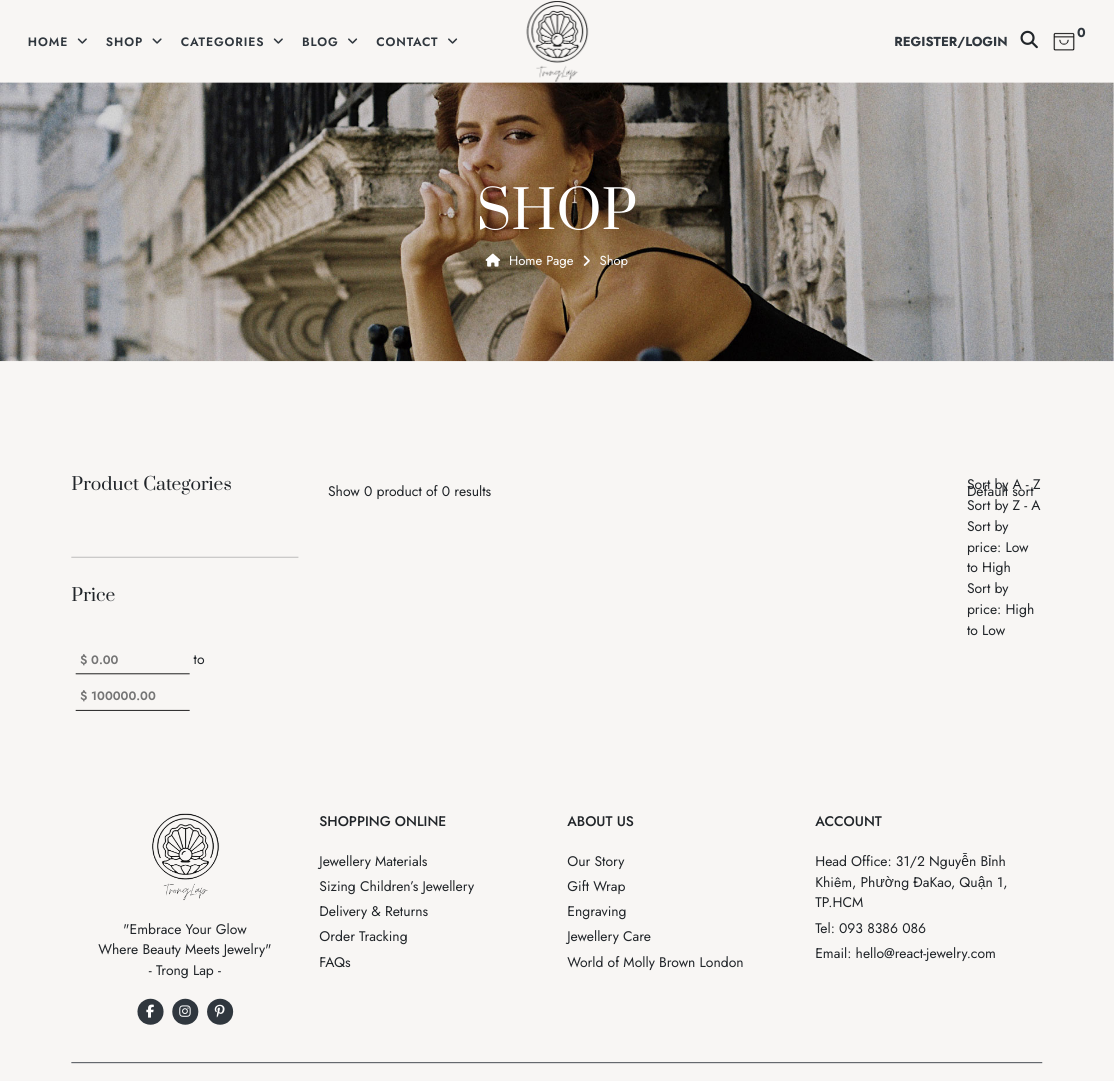
Repository: tronglap/react-jewelry
Page: /list-product
The author's editor kept a copy of each file at every save. The page is drawn from the files as they stood at one save, then again after a run of saves.
The browser window is 1280 px wide. The pictures show the whole page, at 87% of full size.
The page's requests for data from a server got no answer. The project was rebuilt for these pictures with package versions that can differ from the ones it lists, and the page was loaded fresh each time. No one was signed in, and anything a server would have sent is missing. Also part of the build but not shown: src/component/Button/Button.css, src/component/Button/Button.js, src/component/SliderBar/SliderBar.css, src/component/SliderBar/SliderBar.js, src/component/Home/WWD/WWD.css, src/component/Home/WWD/WWD.js, src/component/Home/Home.css, src/component/Home/Categories/Categories.js and 14 more.

Above is the page before, as saved 2024-03-26 18:41:01.

### src/App.css
@import url('https://fonts.googleapis.com/css2?family=Jost:ital,wght@0,100..900;1,100..900&family=Prata&display=swap');


* {
    margin: 0;
    padding: 0;
    box-sizing: border-box;
}

img {
    width: 100%;
}

a {
    text-decoration: none;
}

ul {
    list-style: none;
    margin: 0;
    padding: 0;
}

body {
    font-family: "Jost", sans-serif;
    --seconddaryfont: "Prata";
    --color-primary: #daa14c;
    --color-secondary: #30373e;
    --color-text: #666;
    --color-accent: #30373e;
    --color-lighter: #888;
    --color-dark: #202020;
    --color-highlight: #ccc;
    --color-border: #e3e3e3;
    --color-background-light: #f8f6f4;
    --color-background-field: #DADADA20;
    background-color: #f8f6f4;
}

### src/component/AutoTop/AutoTop.js
import { useEffect } from "react";
import { useNavigate } from "react-router-dom";

const AutoTop = () => {
  const navigate = useNavigate();
  useEffect(() => {
    window.scrollTo({
      top: 0,
      behavior: "smooth",
    });
  }, [navigate]);
  return null;
};

export default AutoTop;

### src/component/Footer/Footer.css
.footer {
    margin-top: 10%;
    text-align: left;
    height: 40vh;
    border-bottom: 0.1px solid var(--color-secondary);
    margin-bottom: 20px;
}

.footer .logo {
    margin: 0 auto;
    width: 30%;
}

.footer .slogan {
    text-align: center;
    margin: 20px 0;
}

.footer .social-links {
    display: flex;
    gap: 10px;
    margin-top: 10px;
    justify-content: center;
}

.footer .social-links a {
    display: flex;
    align-items: center;
    justify-content: center;
    color: white;
    background-color: var(--color-secondary);
    border-radius: 50%;
    width: 30px;
    height: 30px;
    font-size: 20px;
    text-align: center;
    transition: 0.3s ease;
}

.footer .social-links a:hover {
    background-color: var(--color-primary);
}

::selection {
    color: white;
    background-color: var(--color-primary);
}

.footer ul {
    margin-top: 25px;
}

.footer ul li {
    margin-bottom: 5px;
    cursor: pointer;
    transition: 0.2s linear;
}

.footer ul li:hover {
    color: var(--color-primary)
}

### src/component/ListProduct/ListProduct.css
.ListProduct .box_product {
    margin-top: 10%;
}

.ListProduct .box_product .Product_Categories {
    font-size: 20px;
    font-family: 'Prata', sans-serif;
    font-weight: 400;
    line-height: 1.35;
    text-transform: capitalize;
    margin-bottom: 30px;
    padding-bottom: 10px;
}

.ListProduct .box_product .Categories {
    border-bottom: 1px solid rgba(128, 128, 128, 0.5);
    padding-bottom: 30px;
}

.ListProduct .box_product .Categories .diamonds {
    display: flex;
    width: 35%;
    justify-content: space-between;
    font-size: 18px;
    font-weight: 400;
    font-style: normal;
    text-rendering: optimizeLegibility;
    color: var(--color-text);
    line-height: 1.5;
    letter-spacing: 0;
    cursor: pointer;
    transition: 0.2s ease;
}

.ListProduct .box_product .Categories .diamonds:hover {
    color: var(--color-primary)
}

.ListProduct .box_product .FBP .filterbyprice {
    font-size: 20px;
    font-family: 'Prata', sans-serif;
    font-weight: 400;
    line-height: 1.35;
    text-transform: capitalize;
    margin-bottom: 30px;
    margin-top: 30px;
    padding-bottom: 10px;
}

.ListProduct .box_product .FBP input {
    width: 50%;
    padding: 5px;
    font-size: 14px;
    margin: 5px;
    font-weight: 600;
    text-transform: none;
    border: none;
    border-bottom: 1px solid black;
    outline: none;
    background-color: transparent;
}

input[type=number]::-webkit-inner-spin-button {
    -webkit-appearance: none;
}

.ListProduct .box_product .Cart_list {
    margin-bottom: 20px;
}

.ListProduct .box_product .sorting {
    display: flex;
    justify-content: space-between;
    align-items: center;
}

.ListProduct .box_product .sorting .Count_AP {
    display: flex;
    margin-bottom: 20px;
    padding: 10px;
}

.ListProduct .box_product .sort {
    display: flex;
    margin-bottom: 20px;
    padding: 10px;
    position: relative;
}

.ListProduct .box_product .sort .sorts {
    top: 5%;
    position: absolute;
}

### src/component/Cart/Cart.css
.Cart .link_header {
    display: flex;
    justify-content: flex-start;
    align-items: center;
}

.Cart .link_header .Home,
.Cart .link_header .Shop {
    line-height: 24px;
    text-decoration: none;
    color: var(--color-text);
    font-weight: 400;
    font-size: 14px;
    transition: 0.2s ease;
}

.Cart .link_header .Shop {
    color: var(--color-primary)
}

.Cart .link_header .Home:hover,
.Cart .link_header .Home:hover i {
    color: var(--color-primary)
}

.Cart .link_header .Home i,
.Cart .link_header .icon i {
    margin-right: 10px;
    color: var(--color-text);
    transition: 0.2s ease;
    font-size: 13px;
}

.Cart .link_header .icon {
    display: flex;
    align-items: center;
    justify-content: center;
    margin: 0 10px;
}

.Cart .cart-product {
    display: none;
    margin-top: 10%;
    text-align: center;
}

.Cart .cart-product.active {
    display: block;
}

.Cart .noti.active {
    display: none;
}

.Cart .cart-product .title {
    color: var(--color-secondary);
    font-weight: 600;
    text-transform: uppercase;
}

.Cart .cart-product .quantity {
    display: flex;
    align-items: center;
    justify-content: space-between;
    border: 1px solid #e3e3e3;

}

.Cart .cart-product .quantity input {
    padding: 13px 0;
    font-size: 14px;
    font-weight: 600;
    text-align: center;
    margin: 0 auto;
    outline: none;
    background-color: transparent;
    border: none;
    width: 50%;
}

.Cart .cart-product .quantity button {
    padding: 5px 10px 5px 10px;
    border: none;
    background-color: transparent;
    transition: 0.5s linear;
    border-radius: 50%;
    outline: none;
}

.Cart .cart-product .quantity button:active {
    background-color: rgba(128, 128, 128, 0.5)
}

p {
    margin: 0;
}

.Cart .cart-product .bill {
    text-align: left;
    padding: 30px 30px 40px;
    position: relative;
    background-color: #F8F6F4;
    border: 6px solid #E3E3E3;
    border-radius: 5px;
    color: var(--color-secondary)
}

.Cart .cart-product .bill .cart-total h2 {
    font-size: 28px;
    font-family: 'Prata', sans-serif;
    margin-bottom: 15px;
    font-weight: 400;
}

.Cart .cart-product .bill .total-product,
.Cart .cart-product .bill .total {
    display: flex;
    justify-content: space-between;
    align-items: center;
    font-size: 18px;
    padding: 1em 0;
}

.Cart .cart-product .bill .total {
    margin: 10% 0
}

.Cart .cart-product .bill .total .price {
    font-size: 24px;
    color: var(--color-primary);
    font-weight: 600;
}

.Cart .cart-product .bill .proceed-to-checkout {
    outline: none;
    text-align: center;
}

.Cart .cart-product .bill .proceed-to-checkout .btn-proceed .shop-now {
    margin: 0;
    text-transform: uppercase;
    width: 100%;
    font-weight: 600;
    font-size: 13px;
}

.Cart .cart-product .bill .proceed-to-checkout .btn-proceed .shop-now:hover {
    box-shadow: inset 350px 0 0 0 var(--color-primary);
}

### src/component/Home/Categories/Categories.css
img {
    width: 100%;
}

.icon_cate {
    display: flex;
    gap: 20px;
    margin: 10% 0;
    justify-content: center;
    align-items: center;
}

.icon_cate .icon1,
.icon_cate .icon2,
.icon_cate .icon3 {
    text-align: center;
}

.icon_cate .icon1 .img_icon,
.icon_cate .icon2 .img_icon,
.icon_cate .icon3 .img_icon {
    display: flex;
    justify-content: center;
    margin-bottom: 15px;
}

.icon_cate .icon1 .img_icon .thumb,
.icon_cate .icon2 .img_icon .thumb,
.icon_cate .icon3 .img_icon .thumb {
    width: 25%;
    border-radius: 50%;
    padding: 20px;
    transition: 0.2s ease;
}

.icon_cate .icon1:hover .img_icon .thumb,
.icon_cate .icon2:hover .img_icon .thumb,
.icon_cate .icon3:hover .img_icon .thumb {
    background: var(--color-primary)
}

.icon_cate .icon1 .title,
.icon_cate .icon2 .title,
.icon_cate .icon3 .title {
    font-size: 24px;
    font-family: 'Prata', sans-serif;
    letter-spacing: .3px;
    color: var(--color-secondary);
    margin-bottom: 15px;
    transition: 0.2s ease;
}

.icon_cate .icon1:hover .title,
.icon_cate .icon2:hover .title,
.icon_cate .icon3:hover .title {
    color: var(--color-primary)
}

.icon_cate .icon1 .desc,
.icon_cate .icon2 .desc,
.icon_cate .icon3 .desc {
    width: 60%;
    margin: 0 auto;
}

.cate {
    overflow: hidden;
}

.cate .right .diamond {
    overflow: hidden;
}

.cate .right {
    display: flex;
    flex-wrap: wrap;
    gap: 5%;
}

.cate .necklaces,
.cate .right .diamond,
.cate .right .earrings,
.cate .right .rings {
    position: relative;
    transition: 0.5s ease;
}

.cate .necklaces::after,
.cate .right .diamond::after,
.cate .right .earrings::after,
.cate .right .rings::after {
    content: "";
    display: block;
    opacity: 0;
    width: 100%;
    height: 200px;
    background: linear-gradient(to top, rgba(0, 0, 0, 0.3), rgba(0, 0, 0, 0));
    bottom: -100px;
    position: absolute;
    transition: 0.5s ease;
    z-index: 0;
}

.cate .necklaces:hover::after,
.cate .right .diamond:hover::after,
.cate .right .earrings:hover::after,
.cate .right .rings:hover::after {
    opacity: 1;
    bottom: 0;
}

.cate .necklaces::before,
.cate .right .diamond::before,
.cate .right .earrings::before,
.cate .right .rings::before {
    content: "";
    opacity: 0;
    width: 100%;
    height: 50px;
    font-family: 'Prata', sans-serif;
    font-size: 35px;
    color: white;
    text-align: center;
    bottom: -50px;
    position: absolute;
    transition: 0.5s ease;
    z-index: 1;
}

.cate .necklaces:hover::before {
    content: "Necklaces";
    opacity: 1;
    bottom: 20px;
}

.cate .right .diamond:hover::before {
    content: "Diamond";
    opacity: 1;
    bottom: 20px;
}

.cate .right .earrings:hover::before {
    content: "Earrings";
    opacity: 1;
    bottom: 20px;
}

.cate .right .rings:hover::before {
    content: "Rings";
    opacity: 1;
    bottom: 20px;
}

### src/component/Header/Header.css
.nav {
    display: flex;
    justify-content: space-between;
    padding: 10px 50px;
    position: absolute;
    background-color: rgba(255, 255, 255, 0);
    color: var(--color-secondary);
    z-index: 1;
    width: 100%;
}

svg {
    margin-top: 0px;
}

path {
    fill: black;
    stroke: black;
    stroke-width: 2px;
    transition: 0.2s linear;
}



.nav .left,
.nav .mid,
.nav .right {
    display: flex;
    align-items: center;
    justify-content: center;
    width: 10%;
}

.nav .right .register a {
    color: var(--color-secondary);
    text-transform: uppercase;
    font-weight: bold;
    font-size: 15px;
    transition: 0.2s linear;
}

.nav .right .register a:hover {
    color: var(--color-primary)
}

.nav .right .cart {
    display: flex;
    justify-content: center;
    align-items: center;
    margin-left: 15px;
    cursor: pointer;
}


.nav .right .cart:hover svg path {
    fill: var(--color-primary);
    stroke: var(--color-primary);
    stroke-width: 2px;
}

.nav .right .cart:hover .count {
    color: var(--color-primary)
}

.nav .right .cart .count {
    font-weight: bold;
    font-size: 15px;
    margin-bottom: 20px;
    transition: 0.2s linear;
    color: var(--color-secondary)
}


.nav .left .bar {
    display: flex;
    justify-content: center;
    align-items: center;
    cursor: pointer;
    position: relative;
    color: transparent;
}

.nav .left .bar .line1 {
    display: block;
    width: 20px;
    height: 2px;
    background-color: var(--color-secondary);
    top: 5px;
    left: 0;
    position: absolute;
    border-radius: 5px;
    transition: 0.1s linear;
}

.nav .left .bar .line2 {
    display: block;
    width: 15px;
    height: 2.5px;
    background-color: var(--color-secondary);
    top: 10px;
    left: 0;
    position: absolute;
    transition: 0.1s linear;
    border-radius: 5px;
}

.nav .left .bar .line3 {
    display: block;
    width: 20px;
    height: 2.5px;
    background-color: var(--color-secondary);
    top: 15px;
    left: 0;
    position: absolute;
    border-radius: 5px;
    transition: 0.1s linear;
}

.nav .left .bar:hover .line1,
.nav .left .bar:hover .line2,
.nav .left .bar:hover .line3 {
    background-color: var(--color-primary)
}

.nav .left .bar:hover .line2 {
    width: 20px;
}

.nav .left .search {
    display: flex;
    justify-content: center;
    align-items: center;
    cursor: pointer;
    transition: 0.2s ease;
}

.nav .left .search:hover {
    color: var(--color-primary)
}

.nav .left .search p {
    text-transform: uppercase;
    font-size: 10px;
    font-weight: bold;
    margin: 0;
}

.nav .left .search i {
    margin-right: 5px;
    font-size: 20px;
}

.nav .mid .logo {
    width: 30%;
}

/*------------------------------------*/

/*  {
    display: none;
    top: 0;
    left: 0;
    width: 100%;
    background-color: rgba(0, 0, 0, 0.5);
    position: absolute;
}

.active {
    display: block;
} */

.NavBar {
    opacity: 0;
    pointer-events: none;
    top: 0;
    left: -200px;
    width: 30%;
    height: 100vh;
    padding: 20px;
    transition: 0.3s linear;
    background-color: white;
    position: absolute;

}

.NavBar.active {
    pointer-events: visible;
    opacity: 1;
    left: 0;
}

.NavBar .icon_close {
    margin-bottom: 5%;
    cursor: pointer;
    position: relative;
}


.NavBar .icon_close .icon .line1 {
    width: 20px;
    height: 2px;
    top: 10px;
    right: 0;
    border-radius: 5px;
    background-color: black;
    transition: 0.3s ease;
    transform: rotate(45deg);
    position: absolute;
}

.NavBar .icon_close .icon .line2 {
    width: 20px;
    height: 2px;
    top: 10px;
    right: 0;
    border-radius: 5px;
    background-color: black;
    transition: 0.3s ease;
    transform: rotate(-45deg);
    position: absolute;
}

.NavBar .icon_close .icon:hover .line1,
.NavBar .icon_close .icon:hover .line2 {
    transform: rotate(0);
    height: 3.5px;
    background-color: var(--color-primary)
}

.NavBar .icon_close .Menu {
    color: var(--color-secondary);
    text-transform: uppercase;
    text-align: left;
    font-size: 14px;
    font-weight: 500;
    line-height: 20px;
    position: relative;
}

.NavBar .icon_close .Menu::after {
    content: "";
    display: block;
    margin-top: 20%;
    width: 100%;
    height: 2px;
    background-color: var(--color-primary);
    position: absolute;
}

.NavBar .Home,
.NavBar .Shop,
.NavBar .Categories,
.NavBar .Blog,
.NavBar .Contact {
    display: flex;
    justify-content: space-between;
    align-items: center;
    font-weight: 400;
    font-size: 14px;
    color: var(--color-secondary);
    padding: 15px 0px;
    transition: 0.1s linear;
    cursor: pointer;
}

.NavBar .Home i,
.NavBar .Shop i,
.NavBar .Categories i,
.NavBar .Blog i,
.NavBar .Contact i {
    font-size: 15px;
    transition: 0.3s ease;
}

.NavBar .Home:hover,
.NavBar .Shop:hover,
.NavBar .Categories:hover,
.NavBar .Blog:hover,
.NavBar .Contact:hover {
    color: var(--color-primary)
}

.NavBar .Home.active i,
.NavBar .Shop.acive i,
.NavBar .Categories.active i,
.NavBar .Blog.active i,
.NavBar .Contact.active i {
    transform: rotate(90deg);
}

### src/component/Header/HeaderMain/Header.css
svg {
    margin-top: 0px;
}

path {
    fill: black;
    stroke: black;
    stroke-width: 2px;
    transition: 0.2s linear;
}

.HeaderMain {
    display: flex;
    justify-content: space-between;
    align-items: center;
    padding: 0 20px;
}

.HeaderMain .left {
    display: flex;
    gap: 20px;
    width: 40%;
}

.HeaderMain .left .Home,
.HeaderMain .left .Shop,
.HeaderMain .left .Categories,
.HeaderMain .left .Blog,
.HeaderMain .left .Contact {
    display: flex;
    justify-content: space-between;
    align-items: center;
    text-transform: uppercase;
    line-height: 1.2857142857;
    font-weight: 600;
    font-size: 14px;
    color: var(--color-secondary);
    letter-spacing: 1px;
    transition: 0.2s ease;
}

.HeaderMain .left .Home:hover,
.HeaderMain .left .Shop:hover,
.HeaderMain .left .Categories:hover,
.HeaderMain .left .Blog:hover,
.HeaderMain .left .Contact:hover {
    color: var(--color-primary);
}


.HeaderMain .left .Home i,
.HeaderMain .left .Shop i,
.HeaderMain .left .Categories i,
.HeaderMain .left .Blog i,
.HeaderMain .left .Contact i {
    margin-left: 10px;
}

.HeaderMain .mid {
    display: flex;
    justify-content: center;
    width: 20%;
}

.HeaderMain .mid .thumb {
    width: 30%;
}

.HeaderMain .right {
    display: flex;
    align-items: center;
    justify-content: right;
    width: 40%;
}

.HeaderMain .right .register a {
    color: var(--color-secondary);
    text-transform: uppercase;
    font-weight: bold;
    font-size: 15px;
    transition: 0.2s linear;
}

.HeaderMain .right .register a:hover {
    color: var(--color-primary)
}

.HeaderMain .right .search {
    transition: 0.2s ease;
}

.HeaderMain .right .search i {
    font-size: 20px;
    margin-left: 15px;
}

.HeaderMain .right .search:hover {
    color: var(--color-primary)
}

.HeaderMain .right .cart {
    display: flex;
    justify-content: center;
    align-items: center;
    margin-left: 15px;
    cursor: pointer;
}


.HeaderMain .right .cart:hover svg path {
    fill: var(--color-primary);
    stroke: var(--color-primary);
    stroke-width: 2px;
}

.HeaderMain .right .cart:hover .count {
    color: var(--color-primary)
}

.HeaderMain .right .cart .count {
    font-weight: bold;
    font-size: 15px;
    margin-bottom: 20px;
    transition: 0.2s linear;
    color: var(--color-secondary)
}

### src/component/ListProduct/Banner/Banner.css
.Banner {
    position: relative;
}

.Banner::after {
    content: "";
    display: block;
    width: 100%;
    height: 100%;
    background-color: rgba(0, 0, 0, 0.5);
}

.Banner .content {
    text-align: center;
    width: 100%;
    top: 50%;
    transform: translateY(-50%);
    position: absolute;
    z-index: 999;

}

.Banner .content .title {
    font-size: 60px;
    font-family: 'Prata', sans-serif;
    color: white;
}

.Banner .content .link_header {
    display: flex;
    justify-content: center;
    align-items: center;
}

.Banner .content .link_header .Home,
.Banner .content .link_header .Shop {
    text-decoration: none;
    color: white;
    font-weight: 400;
    font-size: 15px;
    transition: 0.2s ease;
}

.Banner .content .link_header .Home:hover,
.Banner .content .link_header .Home:hover i {
    color: var(--color-primary)
}

.Banner .content .link_header .Home i,
.Banner .content .link_header .icon {
    margin-right: 10px;
    color: white;
    transition: 0.2s ease
}

.Banner .content .link_header .icon {
    display: flex;
    align-items: center;
    justify-content: center;
    margin: 0 10px;
}

### src/component/CardProduct/CartProduct.css
img {
    width: 100%;
}

.Card_item {
    margin: 0 5px;
    text-align: center;
    position: relative;
    width: 100%;
    text-align: center;
    overflow: hidden;
}

.Card_item .thumb {
    display: block;
    position: relative;
    transition: 0.5s linear;
    overflow: hidden;
    width: 290px;
}

.Card_item .thumb:hover {
    border-radius: 49% 49% 0 0;
}

.Card_item .thumb img {
    transition: 0.5s ease;
    position: relative;
}

.Card_item .thumb img:first-child {
    opacity: 1;
    transition: 0.3s linear;

}

.Card_item .thumb:hover img:first-child {
    opacity: 0;
}

.Card_item .thumb img:last-child {
    opacity: 0;
    position: absolute;
    top: 0;
    left: 0;
    transition: 0.3s linear;
}

.Card_item .thumb:hover img:last-child {
    opacity: 1;
    display: block;
    transform: scale(1.2);
}

.Card_item .sale {
    display: none;
    width: 50px;
    height: 20px;
    color: white;
    padding: 2.5px 10px;
    font-weight: bold;
    font-size: 10px;
    top: 10px;
    left: 10px;
    background-color: var(--color-primary);
    position: absolute;
    transition: 0.2s linear;
    z-index: 999;
}

.Card_item .sale.active {
    display: block;
}

.Card_item:hover .sale.active {
    display: none;
}

.Card_item .info {
    margin-top: 10px;
}

.Card_item .info .cate {
    color: var(--color-primary);
    text-transform: uppercase;
    font-size: 12px;
    font-weight: 500;
    line-height: 1.35;
}

.Card_item .info .name {
    font-size: 20px;
    color: var(--color-secondary);
    text-transform: capitalize;
    transition: 0.2s ease;
}

.Card_item .info .name:hover {
    color: var(--color-primary)
}

.Card_item .info .material {
    color: var(--color-text);
    text-transform: capitalize;
    font-size: 14px
}

.Card_item .info .price .discount {
    font-weight: 700;
    color: var(--color-secondary)
}

.Card_item .info .price .cost {
    color: var(--color-secondary);
    font-weight: 500;
    text-decoration: line-through;
    font-size: 14px;
}

.Card_item .info .price .discount.active {
    display: none;
}

.Card_item .info .price .cost.active {
    font-weight: 700;
    color: var(--color-secondary);
    text-decoration: none;
    font-size: 16px;
}

### src/component/CardNews/CardNews.css
img {
    width: 100%;
}

.Card_news {
    width: 90%;
    margin: 0 auto;
    cursor: pointer;
}

.Card_news .thumb {
    margin-bottom: 3%;
    overflow: hidden;
}

.Card_news .thumb img {
    transition: 0.3s linear;
}

.Card_news .thumb:hover img {
    transform: scale(1.1);
}

.Card_news .infor {
    text-align: center;
}

.Card_news .infor .date p {
    font-size: 14px;
    text-transform: capitalize;
    color: var(--color-lighter);
    transition: 0.5s ease
}

.Card_news .infor .date p:hover {
    color: var(--color-primary)
}

.Card_news .infor .title h4 {
    display: -webkit-box;
    -webkit-box-orient: vertical;
    -webkit-line-clamp: 1;
    overflow: hidden;
    transition: 0.3s ease;
}

.Card_news .infor .title h4:hover {
    color: var(--color-primary)
}

.Card_news .infor .content p {
    display: -webkit-box;
    -webkit-box-orient: vertical;
    -webkit-line-clamp: 3;
    overflow: hidden;
    color: var(--color-text)
}

.Card_news .infor .view {
    color: var(--color-dark);
    font-weight: bold;
    font-size: 13px;
    font-weight: 600;
    line-height: 1.3;
    text-transform: uppercase;
    transition: 0.3s linear;
    margin-top: 12%;
}

.Card_news .infor .view:hover {
    color: var(--color-primary)
}

@keyframes zoom_news {
    0% {
        transform: scale(1);
    }

    100% {
        transform: scale(1.1);
    }
}

Loaded but not shown: public/index.html (common file); src/index.js (common file); src/index.css (common file); src/reportWebVitals.js (common file); src/component/ListProduct/ListProduct.js (165 lines, source omitted); src/component/Header/HeaderMain/Header.js (74 lines, source omitted); src/component/Footer/Footer.js (69 lines, source omitted); src/App.js (36 lines, source omitted); src/UseContext.js (36 lines, source omitted); src/component/ListProduct/Banner/Banner.js (31 lines, source omitted); src/UseFetch.js (26 lines, source omitted)

After the next 3 saves:
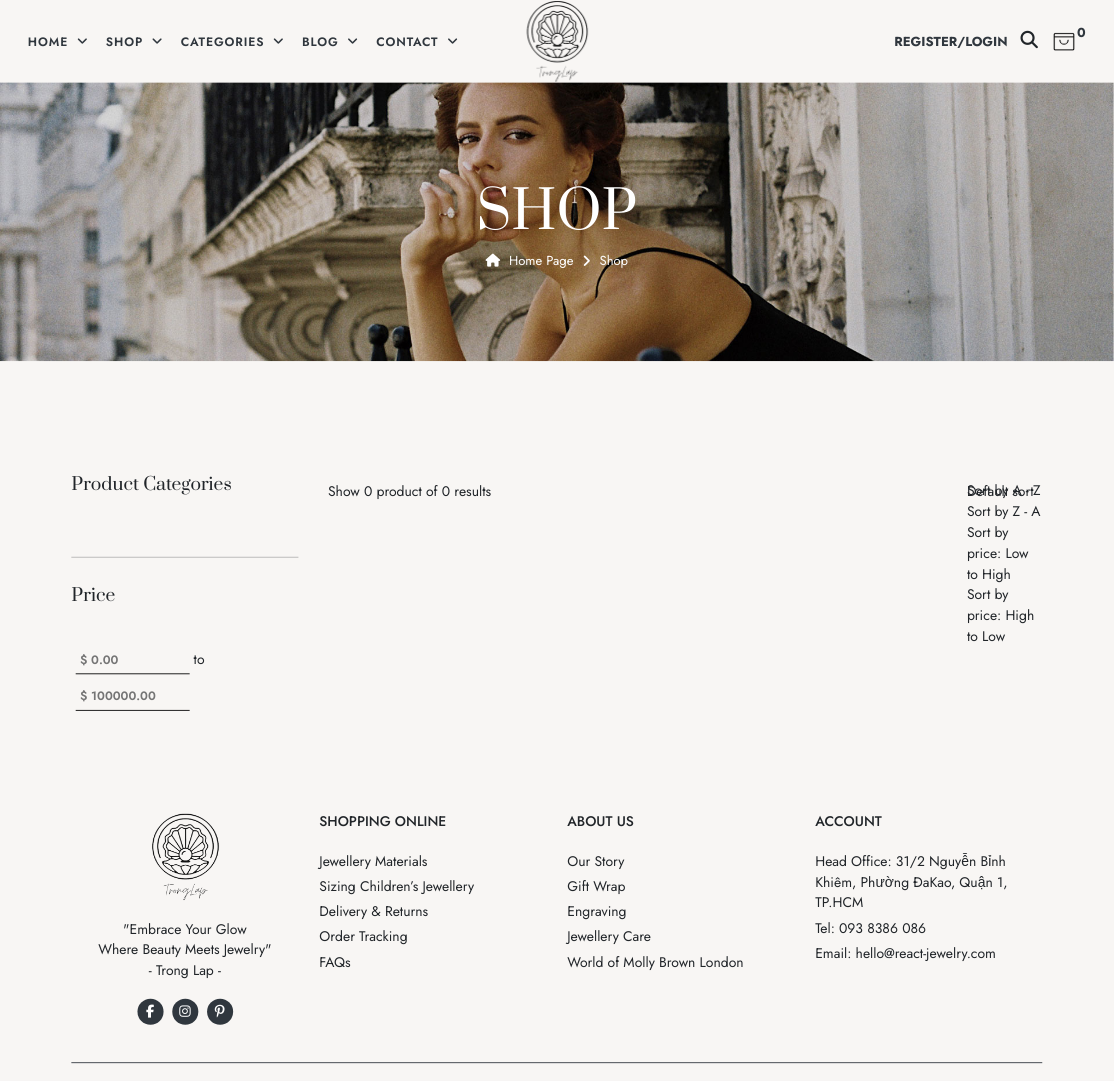
The 3 saves are shown as one change because they came seconds apart.
The last was saved 9 s later.
--- a/src/component/ListProduct/ListProduct.css
+++ b/src/component/ListProduct/ListProduct.css
@@ -88,6 +88,6 @@ input[type=number]::-webkit-inner-spin-button {
 }
 
 .ListProduct .box_product .sort .sorts {
-    top: 5%;
+    top: 20%;
     position: absolute;
 }
